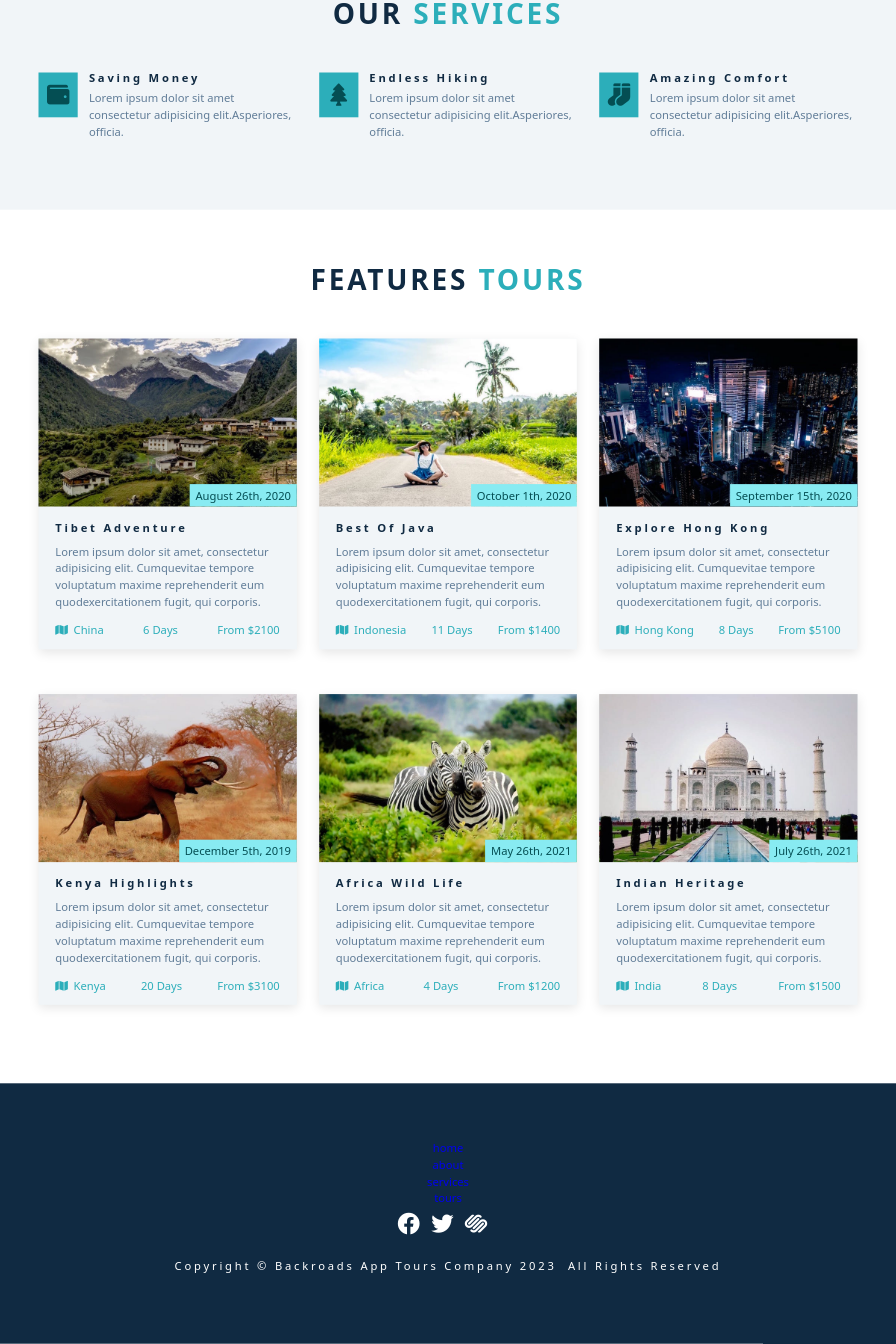
Repository: shivyank121/backRoad-app
Page: /
An editor plug-in stored every save of this project. The page is shown before and after the next save, followed by the edit.
The browser window is 1280 px wide. The pictures show the part of the page from y = 1491 to 3411 px (the page is 3411 px tall before and 3363 px after), at 70% of full size.
Some web libraries are served in a nearby version. The project was rebuilt for these pictures with package versions that can differ from the ones it lists, and the page was loaded fresh each time.

Above is the page before, as saved 2023-08-21 18:56:21.

### public/index.html
<!DOCTYPE html>
<html lang="en">
  <head>
    <meta charset="utf-8" />
    <link rel="icon" href="%PUBLIC_URL%/favicon.ico" />
    <meta name="viewport" content="width=device-width, initial-scale=1" />
    <meta name="theme-color" content="#000000" />
    <meta
      name="description"
      content="Web site created using create-react-app"
    />
    <link rel="apple-touch-icon" href="%PUBLIC_URL%/logo192.png" />
    <!--
      manifest.json provides metadata used when your web app is installed on a
      user's mobile device or desktop. See https://developers.google.com/web/fundamentals/web-app-manifest/
    -->
    <link rel="manifest" href="%PUBLIC_URL%/manifest.json" />
    <!--
      Notice the use of %PUBLIC_URL% in the tags above.
      It will be replaced with the URL of the `public` folder during the build.
      Only files inside the `public` folder can be referenced from the HTML.

      Unlike "/favicon.ico" or "favicon.ico", "%PUBLIC_URL%/favicon.ico" will
      work correctly both with client-side routing and a non-root public URL.
      Learn how to configure a non-root public URL by running `npm run build`.
    -->

    <link
    rel="stylesheet"
    href="https://cdnjs.cloudflare.com/ajax/libs/font-awesome/5.12.0/css/all.min.css"
    integrity="sha512-c93ifPoTvMdEJH/rKIcBx//AL1znq9+4/RmMGafI/vnTFe/dKwnn1uoeszE2zJBQTS1Ck5CqSBE+34ng2PthJg=="
    crossorigin="anonymous"
    referrerpolicy="no-referrer"
  />

    <title>Backroad </title>
  </head>
  <body>
    <noscript>You need to enable JavaScript to run this app.</noscript>
    <div id="root"></div>
    <!--
      This HTML file is a template.
      If you open it directly in the browser, you will see an empty page.

      You can add webfonts, meta tags, or analytics to this file.
      The build step will place the bundled scripts into the <body> tag.

      To begin the development, run `npm start` or `yarn start`.
      To create a production bundle, use `npm run build` or `yarn build`.
    -->
  </body>
</html>

### src/App.js
import { About } from "./components/About";
import { Footer } from "./components/Footer";
import { Hero } from "./components/Hero";
import { Navbar } from "./components/Navbar";
import { Services } from "./components/Services";
import { Tours } from "./components/Tours";

function App() {
  return (
    <>
      <Navbar />
      <Hero />
      <About />
      <Services />
      <Tours />
      <Footer />
    </>
  );
}

export default App;

### src/components/About.js
import React from 'react'
import aboutImg from "../images/about.jpeg"
import Title from './Title'

export const About = () => {
  return (

    <section className="section" id="about">

        <Title title='about' subtitle='us' />

      <div className="section-center about-center">
        <div className="about-img">
          <img
            src={aboutImg}
            className="about-photo"
            alt="awesome beach"
          />
        </div>
        <article className="about-info">
          <h3>explore the difference</h3>
          <p>
            Lorem ipsum, dolor sit amet consectetur adipisicing elit. Aspernatur
            quisquam harum nam cumque temporibus explicabo dolorum sapiente odio
            unde dolor?
          </p>
          <p>
            Lorem ipsum, dolor sit amet consectetur adipisicing elit. Aspernatur
            quisquam harum nam cumque temporibus explicabo dolorum sapiente odio
            unde dolor?
          </p>
          <a href="#to" className="btn"  >read more</a>
        </article>
      </div>
    </section>
  )
}

### src/components/Footer.js
import React from "react";
import { pageLinks, socialLinks } from "../data";
import Sociallinks from "./Sociallinks";
import Navlinks from "./Navlinks";

export const Footer = () => {
  return (
    <footer className="section footer">

        <Navlinks />

      <ul className="footer-icons">
        {socialLinks.map((link) => {
          return (
            <Sociallinks key={link.id} {...link} itemClass="footer-icon" />
          );
        })}
      </ul>
      <p className="copyright">
        copyright &copy; Backroads App tours company 2023
        <span id="date"></span> all rights reserved
      </p>
    </footer>
  );
};

### src/components/Hero.js
import React from 'react'

export const Hero = () => {
  return (
    <section className="hero" id="home">
      <div className="hero-banner">
        <h1>Welcome to Backroad App</h1>
        <p>
          Lorem ipsum dolor sit amet consectetur adipisicing elit. Vitae
          explicabo debitis est autem dicta.
        </p>
        <a href="#tours" className="btn hero-btn">explore tours</a>
      </div>
    </section>

  )
}

### src/components/Navbar.js
import React from "react";
import logo from "../images/logo.svg";
import {  socialLinks } from "../data";
import Sociallinks from "./Sociallinks";
import Navlinks from "./Navlinks";

export const Navbar = () => {
  return (
    <nav className="navbar">
      <div className="nav-center">
        <div className="nav-header">
          <img src={logo} className="nav-logo" alt="backroads" />
          <button type="button" className="nav-toggle" id="nav-toggle">
            <i className="fas fa-bars"></i>
          </button>
        </div>
        {/* <!-- left this comment on purpose --> */}
          <Navlinks parentClass="nav-links" itemClass="nav-link" />

        <ul className="nav-icons">
          {socialLinks.map((link) => {
            return <Sociallinks key={link.id} {...link} itemClass="nav-icon" />;
          })}
        </ul>
      </div>
    </nav>
  );
};

### src/components/Services.js
import React from "react";
import Title from "./Title";
import { services } from "../data.js";
import Service from "./Service";

export const Services = () => {
  return (
    <section className="section services" id="services">
      <div className="section-title">
        <Title title="Our" subtitle="services" />
      </div>
      <div className="section-center services-center">
        {services.map((service) => {
          return <Service key={service.id} {...service} />;
        })}
      </div>
    </section>
  );
};

### src/components/Tours.js
import React from 'react'
import Title from './Title'
import { tours } from '../data'
import Tour from './Tour'

export const Tours = () => {
  return (
    <section className="section" id="tours">
    <div className="section-title">
    <Title title='Features' subtitle='tours' />
    </div>

    <div className="section-center featured-center">

      {tours.map((tour)=>{

      return(
       <Tour key={tour.id} {...tour} />
      )
      })}


    </div>
  </section>
  )
}

### src/components/Title.js
import React from 'react'

const Title = ({title, subtitle}) => {
  return (
    <div className="section-title">
        <h2>{title} <span>{subtitle}</span></h2>
      </div>
  )
}

export default Title

### src/data.js
import tour1 from './images/tour-1.jpeg'
import tour2 from './images/tour-2.jpeg'
import tour3 from './images/tour-3.jpeg'
import tour4 from './images/tour-4.jpeg'
import tour5 from './images/tour-5.jpeg'
import tour6 from './images/tour-6.jpeg'




export const pageLinks = [
  { id: 1, href: "#home", text: "home" },
  { id: 2, href: "#about", text: "about" },
  { id: 3, href: "#services", text: "services" },
  { id: 4, href: "#tours", text: "tours" },
];

export const socialLinks = [
  { id: 1, href: "https://www.twitter.com", icon: "fab fa-facebook" },
  { id: 2, href: "https://www.twitter.com", icon: "fab fa-twitter" },
  { id: 3, href: "https://www.twitter.com", icon: "fab fa-squarespace" },
];

export const services = [
  {
    id: 1,
    icon: "fas fa-wallet fa-fw",
    title: "saving money",
    text: "  Lorem ipsum dolor sit amet consectetur adipisicing elit.Asperiores, officia.",
  },
  {
    id: 2,
    icon: "fas fa-tree fa-fw",
    title: "endless hiking",
    text: "  Lorem ipsum dolor sit amet consectetur adipisicing elit.Asperiores, officia.",
  },
  {
    id: 3,
    icon: "fas fa-socks fa-fw",
    title: "amazing comfort",
    text: "  Lorem ipsum dolor sit amet consectetur adipisicing elit.Asperiores, officia.",
  },

];

export const tours = [
{
    id:1,
    img:tour1,
    date:'august 26th, 2020',
    title:'Tibet Adventure',
    info:'  Lorem ipsum dolor sit amet, consectetur adipisicing elit. Cumquevitae tempore voluptatum maxime reprehenderit eum quodexercitationem fugit, qui corporis.',
    location:'china',
    duration:'6 days',
    price:'from $2100',

},
{
    id:2,
    img:tour2,
    date:'october 1th, 2020',
    title:'best of java',
    info:'  Lorem ipsum dolor sit amet, consectetur adipisicing elit. Cumquevitae tempore voluptatum maxime reprehenderit eum quodexercitationem fugit, qui corporis.',
    location:'indonesia',
    duration:'11 days',
    price:'from $1400',

},
{
    id:3,
    img:tour3,
    date:'september 15th, 2020',
    title:' explore hong kong',
    info:'  Lorem ipsum dolor sit amet, consectetur adipisicing elit. Cumquevitae tempore voluptatum maxime reprehenderit eum quodexercitationem fugit, qui corporis.',
    location:' hong kong',
    duration:'8 days',
    price:'from $5100',

},
{
    id:4,
    img:tour4,
    date:'december 5th, 2019',
    title:'kenya highlights',
    info:'  Lorem ipsum dolor sit amet, consectetur adipisicing elit. Cumquevitae tempore voluptatum maxime reprehenderit eum quodexercitationem fugit, qui corporis.',
    location:'kenya',
    duration:'20 days',
    price:'from $3100',

},
{
    id:5,
    img:tour5,
    date:'May 26th, 2021',
    title:'Africa Wild life',
    info:'  Lorem ipsum dolor sit amet, consectetur adipisicing elit. Cumquevitae tempore voluptatum maxime reprehenderit eum quodexercitationem fugit, qui corporis.',
    location:'Africa',
    duration:'4 days',
    price:'from $1200',

},
{
    id:6,
    img:tour6,
    date:'july 26th, 2021',
    title:'Indian Heritage',
    info:'  Lorem ipsum dolor sit amet, consectetur adipisicing elit. Cumquevitae tempore voluptatum maxime reprehenderit eum quodexercitationem fugit, qui corporis.',
    location:'India',
    duration:'8 days',
    price:'from $1500',

}

]

### src/components/Sociallinks.js
import React from 'react'

const Sociallinks = ({href, icon, itemClass}) => {
  return (
    <li>
    <a
      href={href}
      target="_blank"
      rel="noreferrer"
      className={itemClass}
    >
      <i className={icon}></i>
    </a>
  </li>
  )
}

export default Sociallinks

### src/components/Navlinks.js
import React from "react";
import { pageLinks } from "../data";


const Navlinks = ({parentClass, itemClass}) => {
  return (
    <ul className={parentClass} id="nav-links">
    {pageLinks.map((link) => {
      return (
        <li key={link.id}>
          <a href={link.href} className={itemClass}>
            {link.text}
          </a>
        </li>
      );
    })}
  </ul>
  );
};

export default Navlinks;

### src/components/Service.js
import React from 'react'

const Service = ({ icon, title, text}) => {
  return (
    <article className="service" >
    <span className="service-icon"><i className={icon}></i></span>
    <div className="service-info">
      <h4 className="service-title">{title}</h4>
      <p className="service-text">
        {text}
      </p>
    </div>
  </article>
  )
}

export default Service

### src/components/Tour.js
import React from 'react'

const Tour = ({id, img, date,title,info, location,duration,price}) => {
  return (
    <article className="tour-card" key={id}>
    <div className="tour-img-container">
      <img src={img} className="tour-img" alt="" />
      <p className="tour-date">{date}</p>
    </div>
    <div className="tour-info">
      <div className="tour-title">
        <h4>{title}</h4>
      </div>
      <p>
        {info}
      </p>
      <div className="tour-footer">
        <p>
          <span><i className="fas fa-map"></i></span> {location}
        </p>
        <p>{duration}</p>
        <p>{price}</p>
      </div>
    </div>
  </article>
  )
}

export default Tour

Loaded but not shown: src/index.js (common file); src/index.css (common file)

After the next save:
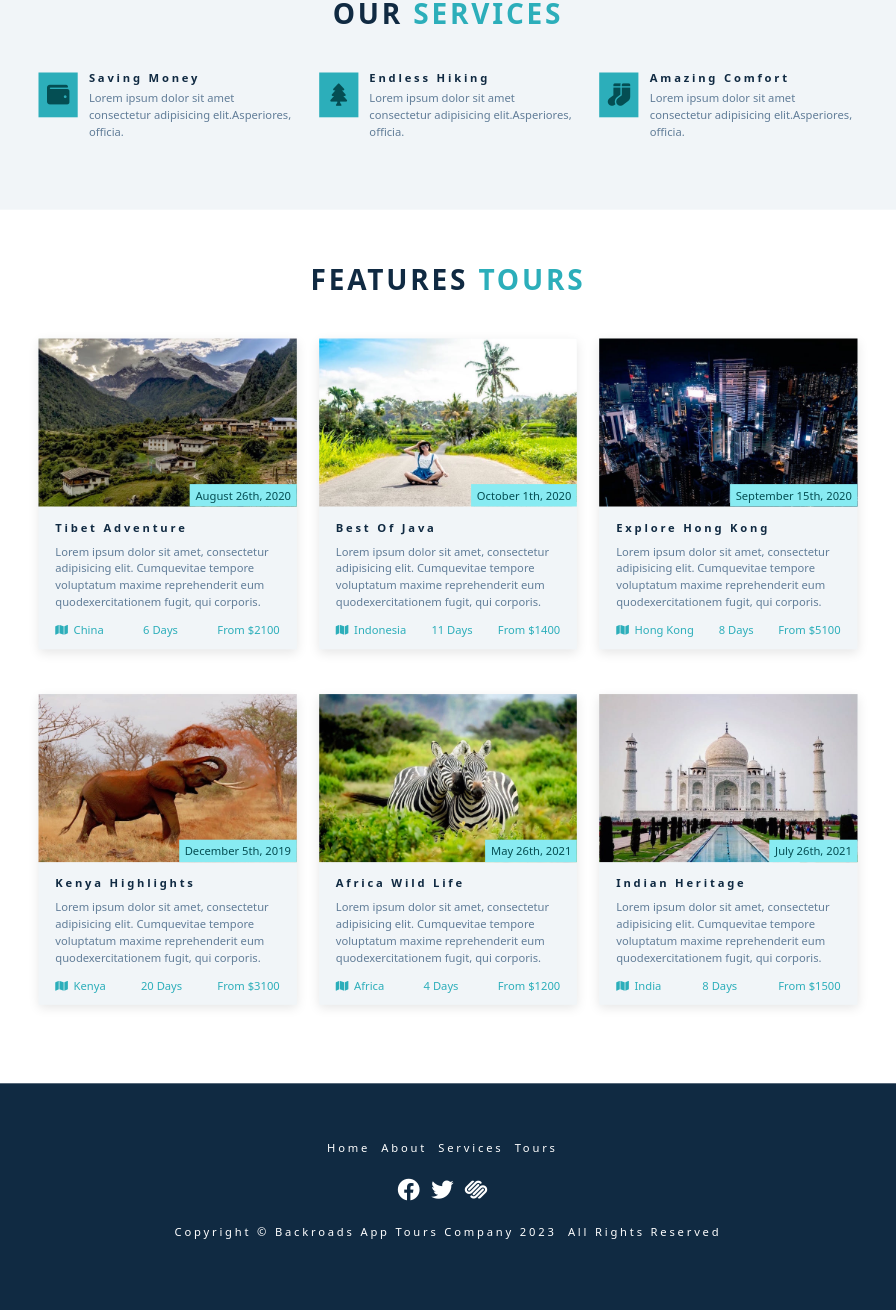
Saved 60 s later.
--- a/src/components/Footer.js
+++ b/src/components/Footer.js
@@ -7,7 +7,7 @@ export const Footer = () => {
   return (
     <footer className="section footer">
 
-        <Navlinks />
+        <Navlinks parentClass="footer-links"  itemClass="footer-link" />
 
       <ul className="footer-icons">
         {socialLinks.map((link) => {
